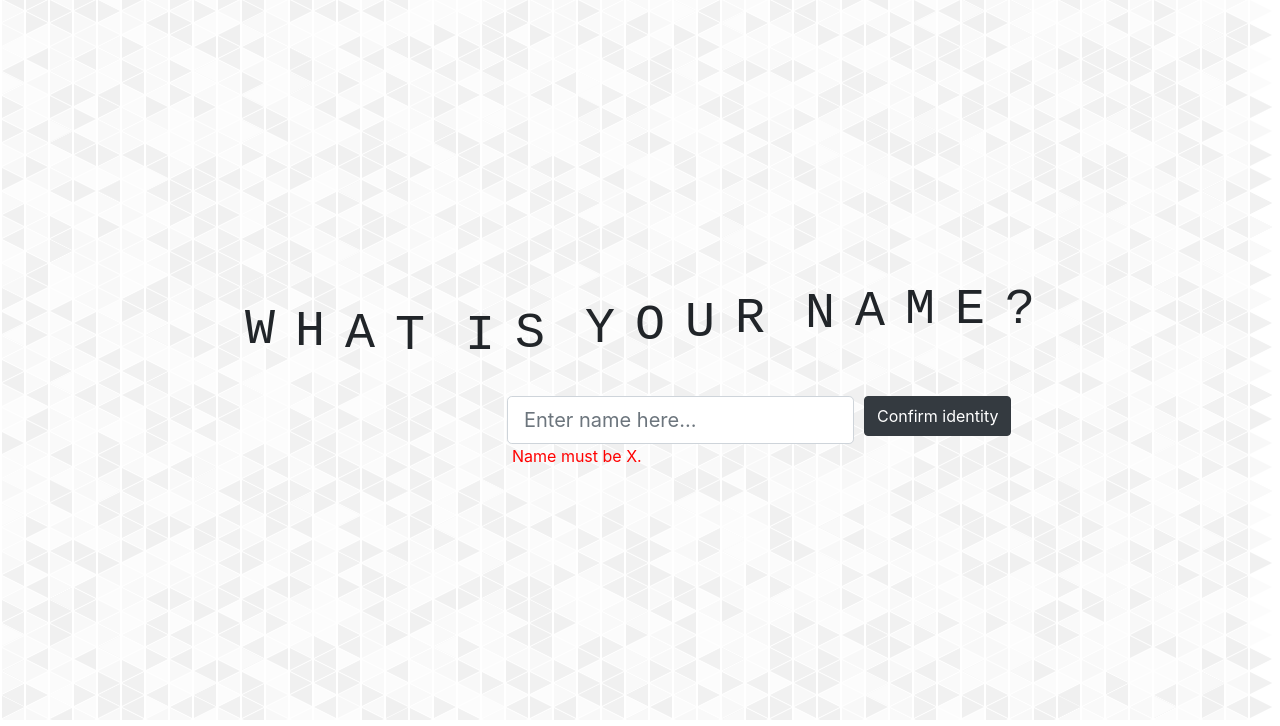
Repository: Aaquib111/Aaquib111.github.io
Page: index.html
The author's editor kept a copy of each file at every save. The page is drawn from the files as they stood at one save, then again after the next save.
The browser window is 1280 px wide. The pictures show the whole page.

Above is the page before, as saved 2021-05-13 19:28:54.

### index.html
<!DOCTYPE html>
<html>
    <head>
        <meta charset="utf-8">
        <title></title>
        <link rel="stylesheet" type="text/css" href="css\background.css">
        <link rel="stylesheet" href="https://maxcdn.bootstrapcdn.com/bootstrap/4.0.0/css/bootstrap.min.css" integrity="sha384-Gn5384xqQ1aoWXA+058RXPxPg6fy4IWvTNh0E263XmFcJlSAwiGgFAW/dAiS6JXm" crossorigin="anonymous">
        <script>

        function validateForm() {
            var x = document.forms["nameEntry"]["firstname"].value;
            var err = document.getElementsByClassName("invalid-feedback");
            if (x.toLowerCase() != "X") {
            err.style.setProperty('display', 'contents');
            return false;
            }
        }
        </script>
    </head>
    <body>

        <canvas id="canvas" width=""></canvas>
            <div id="inputs">
                Text <input type="text" placeholder="What is your name?" value="What is your name?" id="texty"><br>
                Speed <input type="number" id="omegset" step="0.1" value="1.8"><br>
                Amplitude <input type="number" id="ampset" step='1' value='20'><br>
                Font size <input type="number" id="fonts" step='1' value='50'><br>
                Waves <input type="number" id="waves" step='0.1' value='4' min='0' max='8'><br>
            </div>
        <div id="contain">
            <div id="wrap"></div>
            <div id="name">
                <form method="post" name="nameEntry">
                    <div class="form-row" style="flex-wrap: nowrap;">
                        <input class="form-control form-control-lg" type="password" id="firstname" placeholder="Enter name here..." pattern="x">
                        <button type="submit" class="btn btn-dark mb-2" style="margin-left: 10px;">Confirm identity</button>
                    </div>
                        <div id="invalid-feedback" style="color: red;">
                            Name must be X.
                        </div>
                </form>
            </div>
        </div>
       <script src="js\background.js"></script>
       <script src="js\validate.js"></script>
    </body>
</html>

### css/background.css
* {
  margin: 0;
  padding: 0;
}

html, body {
  height: 100%;
  width: 100%;
}

canvas{
  height: 100%;
  width: 100%;
}


#wrap{
  z-index: 1;
  position: absolute;
  left: 0;
  top: 0;
  height: 100vh;
  width: 100vw;
  display: flex;
  align-items: flex-end;
  justify-content: center;
  flex-wrap: wrap;
  max-height: 50vh;
}

#contain{
  display: flex;
  flex-direction: column;
}
#name{
  align-self:center;
  z-index: 2;
  position: absolute;
  left: 40vw;
  top: 55vh;
  align-items: flex-start;
}
#firstname:invalid ~ #invalid-feedback{
  display: contents;
}
.hoovy{
  font-size: 50px;
  font-family: 'VT323',Monospace,sans-serif;
  margin-left: 10px;
  margin-right: 10px;
  -moz-user-select: none;
  -webkit-user-select: none;
  -ms-user-select: none;
}
input{
  background-color: rgba(255,255,255,0.3);
  border: none;
  margin-top: 2px;
  margin-bottom: 2px;
}
#inputs{
  text-align: right;
  color: white;
  font-family: 'VT323';
  padding: 5px 10px;
  border-radius: 5px;
  background-color: rgba(0,0,0,0.2);
  z-index: 2;
  position: absolute;
  box-shadow: #000 2px 3px 10px -2px;
  top: 10px;
  right: 10px;
  -moz-user-select: none;
  -webkit-user-select: none;
  -ms-user-select: none;
  visibility: hidden;
}

### js/background.js
var livePatern = {
    canvas: null,
    context: null,
    cols: 0,
    rows: 0,
    colors: [252, 251, 249, 248, 241, 240],
    triangleColors: [],
    destColors: [],

    init: function(){
      this.canvas = document.getElementById('canvas');
      this.context = this.canvas.getContext('2d');
      this.cols = Math.floor(document.body.clientWidth / 24);
      this.rows = Math.floor(document.body.clientHeight / 24) + 1;

      this.canvas.width = document.body.clientWidth;
      this.canvas.height = document.body.clientHeight;

      this.drawBackground();
      this.animate();
    },

    drawTriangle: function(x, y, color, inverted){
      inverted = inverted == undefined ? false : inverted;

      this.context.beginPath();
      this.context.moveTo(x, y);
      this.context.lineTo(inverted ? x - 22 : x + 22, y + 11);
      this.context.lineTo(x, y + 22);
      this.context.fillStyle = "rgb("+color+","+color+","+color+")";
      this.context.fill();
      this.context.closePath();
    },

    getColor: function(){
      return this.colors[(Math.floor(Math.random() * 6))];
    },

    drawBackground: function(){
      var eq = null;
      var x = this.cols;
      var destY = 0;
      var color, y;

      while(x--){
        eq = x % 2;
        y = this.rows;

        while(y--){
          destY = Math.round((y-0.5) * 24);

          this.drawTriangle(x * 24 + 2, eq == 1 ? destY : y * 24, this.getColor());
          this.drawTriangle(x * 24, eq == 1 ? destY  : y * 24, this.getColor(), true);
        }
      }
    },

    animate: function(){
      var me = this;

      var x = Math.floor(Math.random() * this.cols);
      var y = Math.floor(Math.random() * this.rows);
      var eq = x % 2;

      if (eq == 1) {
        me.drawTriangle(x * 24, Math.round((y-0.5) * 24) , this.getColor(), true);
      } else {
        me.drawTriangle(x * 24 + 2, y * 24, this.getColor());
      }

      setTimeout(function(){
        me.animate.call(me);
      }, 10);
    },
  };

  !function(){livePatern.init();}()


  let waves = 4;

  function docify(str){
    document.getElementById('wrap').innerHTML = "";
    for(let i = 0; i < str.length; i++){
      let el = document.createElement('div');
      el.className = "hoovy";
      el.appendChild(  document.createTextNode(str.charAt(i))  );
      el.setAttribute('data-phi',i*Math.PI/(10 - waves));
      el.style.transform = "";
      document.getElementById('wrap').appendChild(el);
    }
    document.getElementById('wrap').appendChild(document.createElement('br'));
  }

  let omeg = 1.8,
      ampl = 13,
      wrap = document.getElementById('wrap'),
      time = 0;

  function anim(){

    if(omeg * time > 2*Math.PI){
      time = 0;
    }
    for(let k = 0; k < wrap.childNodes.length; k++){
      let elem = wrap.childNodes[k];
      let phi = elem.getAttribute('data-phi');
      elem.style.transform = 'translateY('+ampl*Math.sin(omeg*time + phi/2) + 'px)';
    }
    time += 6/100;
    requestAnimationFrame(anim);
  };

  document.getElementById('wrap').innerHTML = "";

  document.getElementById('ampset').oninput = function(){
    ampl = this.value;
  }
  document.getElementById('omegset').oninput = function(){
    omeg = this.value;
  }
  document.getElementById('fonts').oninput = function(){
    for(let i = 0; i < wrap.childNodes.length; i++){
      wrap.childNodes[i].style.fontSize = document.getElementById('fonts').value + 'px';
    }
  }
  document.getElementById('waves').oninput = function(){
    waves = this.value;
    docify(document.getElementById('texty').value);
  }
  document.getElementById('texty').oninput = function(){
    docify(this.value);
  }

  docify('WHAT IS YOUR NAME?');
  anim();

Loaded but not shown: js/validate.js (no stored copy; drawn as an empty file)

After the next save:
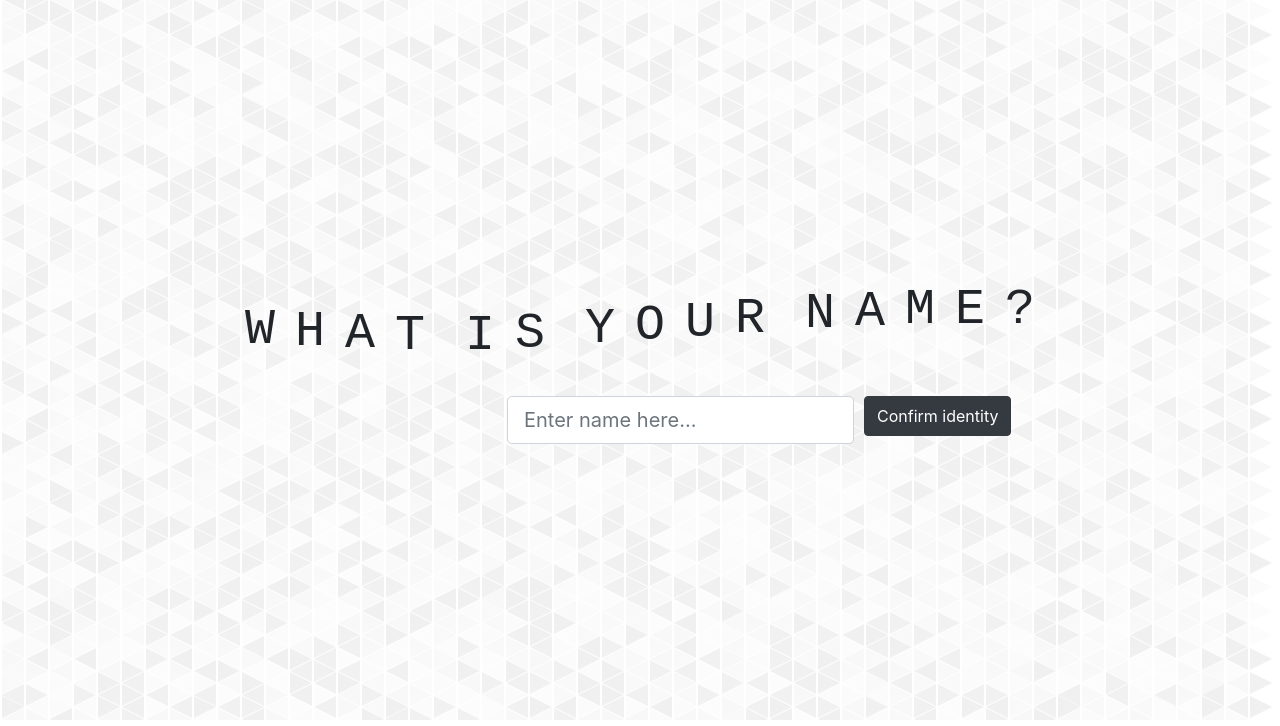
Saved 17 s later.
--- a/index.html
+++ b/index.html
@@ -35,7 +35,7 @@
                         <input class="form-control form-control-lg" type="password" id="firstname" placeholder="Enter name here..." pattern="x">
                         <button type="submit" class="btn btn-dark mb-2" style="margin-left: 10px;">Confirm identity</button>
                     </div>
-                        <div id="invalid-feedback" style="color: red;">
+                        <div id="invalid-feedback" style="color: red; display: none;">
                             Name must be X.
                         </div>
                 </form>
